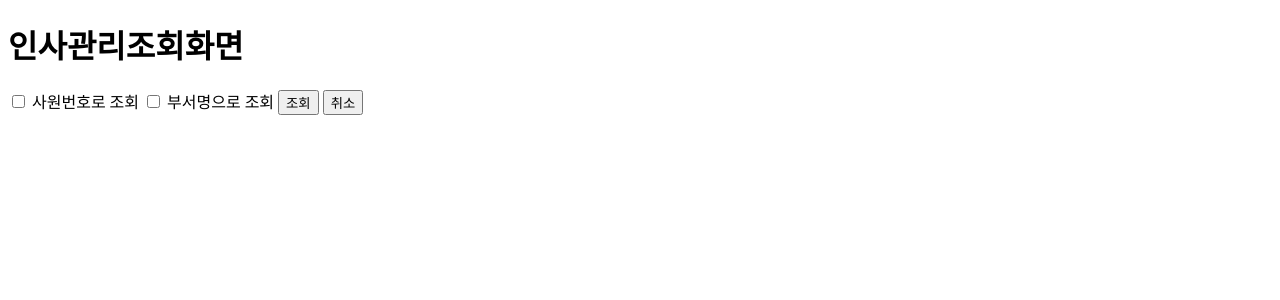
Repository: alsdud0301/jsp_study
Page: http://localhost/practice1/check.jsp
These files come from the project's save history. The page is drawn as it stood at one moment and after a run of saves; the edit follows.
The browser window is 1280 px wide. The pictures show the whole page.
The page is served by Tomcat 9.

Above is the page before, as saved 2025-05-21 06:47:43.

After the next 2 saves:
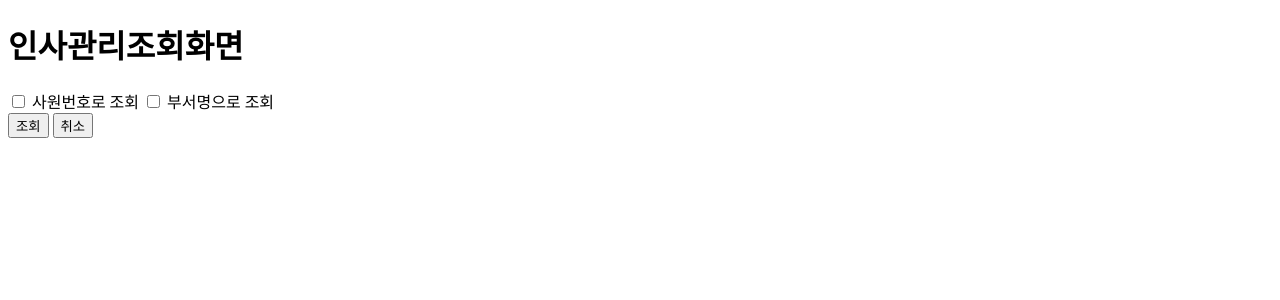
The 2 saves are shown as one change because they came seconds apart.
The last was saved 16 s later.
--- a/practice1/src/main/webapp/check.jsp
+++ b/practice1/src/main/webapp/check.jsp
@@ -9,12 +9,12 @@
 <body>
 	<h1>인사관리조회화면</h1>
 	<form method="post" action="">
-		<input type="checkbox">
-		<span>사원번호로 조회</span>
-		<input type="checkbox">
-		<span>부서명으로 조회</span>
-		<input type="submit" value="조회"> <input type="button"
-			value="취소">
+		<input type="checkbox"> <span>사원번호로 조회</span> <input
+			type="checkbox"> <span>부서명으로 조회</span>
+		<div>
+			<input type="submit" value="조회"> <input type="button"
+				value="취소">
+		</div>
 	</form>
 </body>
 </html>
